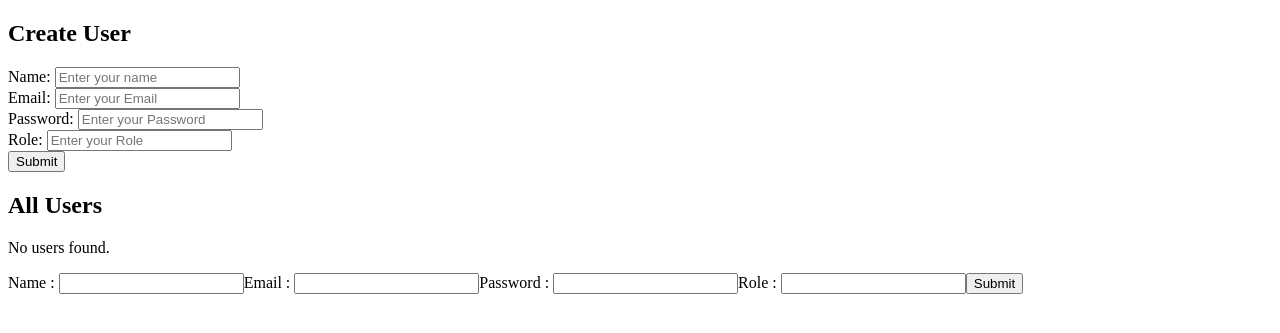
Repository: bharathabhi46/SkillSync-FrontEnd
Page: /UserList
These files come from the project's save history. The page is drawn as it stood at one moment and after the next save; the edit follows.
The browser window is 1280 px wide. The pictures show the whole page.
The page's requests for data from a server got no answer. The project was rebuilt for these pictures with package versions that can differ from the ones it lists, and the page was loaded fresh each time. No one was signed in, and anything a server would have sent is missing. Also part of the build but not shown: vite.config.js.

Above is the page before, as saved 2025-06-23 15:36:32.

### src/App.jsx
import React from "react";
import CreateUser from "./Components/CreateUser/CreateUser";
import UserList from "./Components/UserList/UserList";
import EditUser from "./Components/EditUser/EditUser";

const App = () => {
  return (
    <>
      <CreateUser />
      <UserList />
      <EditUser />
    </>
  );
};

export default App;

### src/Components/CreateUser/CreateUser.jsx
import React, { useState } from "react";

const CreateUser = () => {
  let url = "http://localhost:8080/api/users";
  let [formData, setFormData] = useState({
    name: "",
    email: "",
    password: "",
    role: "",
  });
  function handleOnChange(e) {
    setFormData((prevData) => ({
      ...prevData,
      [e.target.name]: e.target.value,
    }));
  }
  async function handleSubmit(e) {
    e.preventDefault();
    try {
      let res = await fetch(url, {
        method: "POST",
        headers: {
          "Content-Type": "application/json",
        },
        body: JSON.stringify(formData),
      });
      console.log(res);
      if (res.ok) {
        alert("User Created Successfully");
        setFormData({ name: "", email: "", password: "", role: "" });
      } else {
        alert("Failed to Create the User");
      }
    } catch (error) {
      console.error("Error", error);
    }
  }
  return (
    <div>
      <h2>Create User</h2>
      <form onSubmit={handleSubmit}>
        <label>Name: </label>
        <input
          type="text"
          name="name"
          id="name"
          value={formData.name}
          onChange={handleOnChange}
          placeholder="Enter your name"
        />
        <br />
        <label>Email: </label>
        <input
          type="email"
          name="email"
          id="email"
          value={formData.email}
          onChange={handleOnChange}
          placeholder="Enter your Email"
        />
        <br />
        <label>Password: </label>

        <input
          type="password"
          name="password"
          id="password"
          value={formData.password}
          onChange={handleOnChange}
          placeholder="Enter your Password"
        />
        <br />
        <label>Role: </label>
        <input
          type="text"
          name="role"
          id="role"
          value={formData.role}
          onChange={handleOnChange}
          placeholder="Enter your Role"
        />
        <br />
        <button type="submit">Submit</button>
      </form>
    </div>
  );
};

export default CreateUser;

### src/Components/UserList/UserList.jsx
import React, { useState, useEffect } from "react";

const UserList = () => {
  let [userList, setUserList] = useState([]);
  let url = "http://localhost:8080/api/users";
  // let deleteUrl = "http://localhost:8080/api/users/";
  async function fetchUsers(url) {
    try {
      let res = await fetch(url);
      let data = await res.json();
      setUserList(data);
    } catch (error) {
      alert("Falied to Fetch Users");
      console.error("Error : ", error);
    }
  }
  async function deleteUser(url, id) {
    try {
      await fetch(`${url}/${id}`, {
        method: "DELETE",
      });
      fetchUsers(url);
      alert("Successfully Deleted User");
    } catch (error) {
      alert("Falied to Delete User");
      console.error("Error : ", error);
    }
  }
  useEffect(() => {
    fetchUsers(url);
  }, []);
  return (
    <div>
      <h2>All Users</h2>
      {userList.length === 0 ? (
        <p>No users found.</p>
      ) : (
        <table border="1" cellPadding="8" cellSpacing="0">
          <thead>
            <tr>
              <th>ID</th>
              <th>Name</th>
              <th>Email</th>
              <th>Role</th>
              <th>Password</th>
            </tr>
          </thead>
          <tbody>
            {userList.map((user) => (
              <tr key={user.id}>
                <td>{user.id}</td>
                <td>{user.name}</td>
                <td>{user.email}</td>
                <td>{user.role}</td>
                <td>{user.password}</td>
                <td>
                  <button
                    onClick={() => {
                      deleteUser(url, user.id);
                    }}
                  >
                    Delete
                  </button>
                </td>
              </tr>
            ))}
          </tbody>
        </table>
      )}
    </div>
  );
};

export default UserList;

### src/Components/EditUser/EditUser.jsx
import { useEffect, useState } from "react";
import React from "react";

const EditUser = () => {
  let [updateForm, setUpdateForm] = useState({
    name: "",
    email: "",
    password: "",
    role: "",
  });
  let id = 302;
  let updateUrl = `http://localhost:8080/api/users/${id}`;
  async function getUserDetails(updateUrl) {
    let res = await fetch(updateUrl, {
      method: "GET",
    });
    let data = await res.json();
    setUpdateForm({
      name: data.name,
      email: data.email,
      password: data.password,
      role: data.role,
    });
  }
  function handleOnChange(e) {
    e.preventDefault();
    setUpdateForm((prevForm) => ({
      ...prevForm,
      [e.target.name]: [e.target.value],
    }));
  }
  async function handleSubmit(e) {
    e.preventDefault();
    await fetch(updateUrl, {
      method: "PUT",
      headers: {
        "Content-Type": "application/json",
      },
      body: JSON.stringify(updateForm),
    });
  }
  useEffect(() => {
    getUserDetails(updateUrl);
  }, []);

  return (
    <>
      <form onSubmit={handleSubmit}>
        <label>Name : </label>
        <input
          type="text"
          name="name"
          value={updateForm.name}
          onChange={handleOnChange}
        />
        <label>Email : </label>
        <input
          type="email"
          name="email"
          value={updateForm.email}
          onChange={handleOnChange}
        />
        <label>Password : </label>
        <input
          type="password"
          name="password"
          value={updateForm.password}
          onChange={handleOnChange}
        />
        <label>Role : </label>
        <input
          type="text"
          name="role"
          value={updateForm.role}
          onChange={handleOnChange}
        />
        <button type="submit">Submit</button>
      </form>
    </>
  );
};

export default EditUser;

Loaded but not shown: index.html (common file); src/main.jsx (common file)

After the next save:
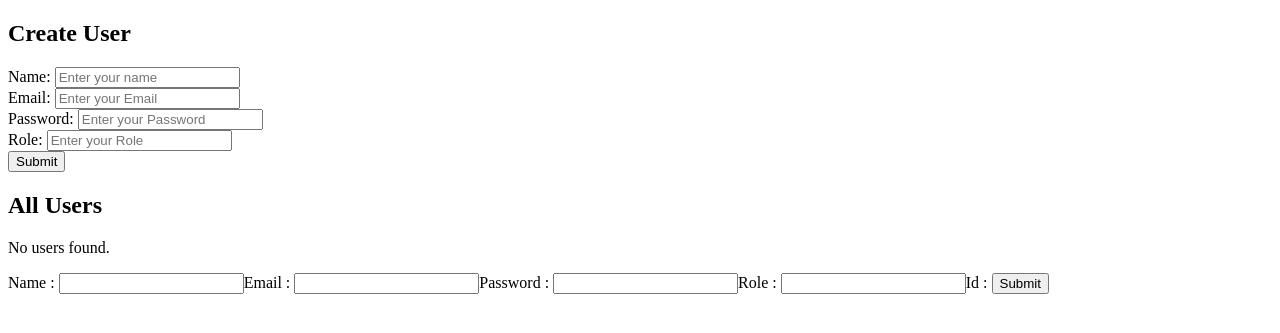
Saved 62 s later.
--- a/src/Components/EditUser/EditUser.jsx
+++ b/src/Components/EditUser/EditUser.jsx
@@ -20,6 +20,7 @@ const EditUser = () => {
       email: data.email,
       password: data.password,
       role: data.role,
+      id: data.id,
     });
   }
   function handleOnChange(e) {
@@ -74,6 +75,7 @@ const EditUser = () => {
           value={updateForm.role}
           onChange={handleOnChange}
         />
+        <label>Id : </label>
         <button type="submit">Submit</button>
       </form>
     </>
